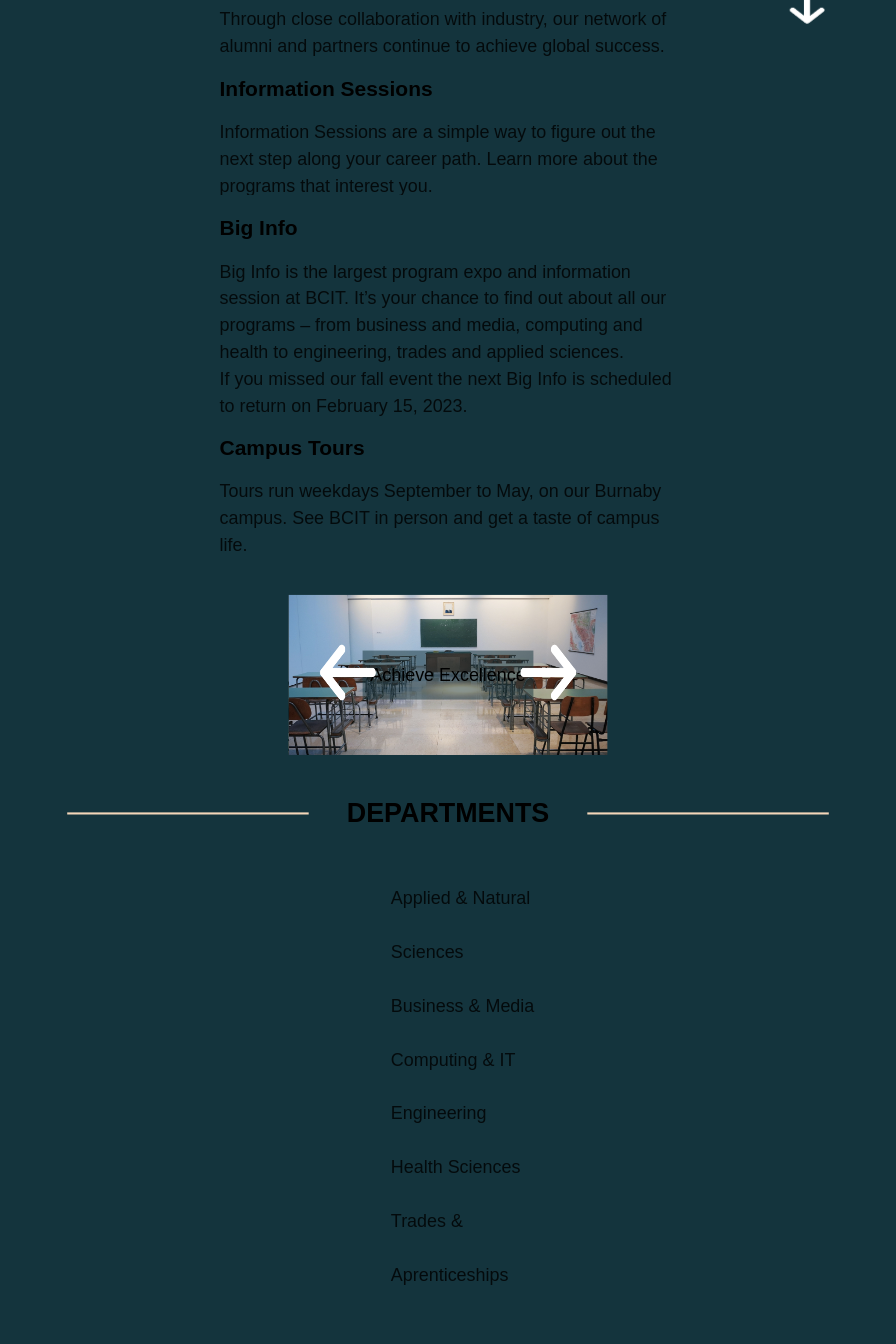
Repository: Kinakopan/playwright_bcit
Page: /about
The author's editor kept a copy of each file at every save. The page is drawn from the files as they stood at one save, then again after the next save.
The browser window is 1280 px wide. The pictures show the part of the page from y = 631 to 2551 px (the page is 2586 px tall), at 70% of full size.
Some web fonts or font styles are not loaded; a fallback is used. The project was rebuilt for these pictures with package versions that can differ from the ones it lists, and the page was loaded fresh each time. The framework's server and built-in components were replaced by stand-ins that run in the browser. Also part of the build but not shown: next.config.js.

Above is the page before, as saved 2023-01-28 14:12:16.

### pages/_app.js
// import '@/styles/globals.css'
import '../styles/globals.css'
import '../styles/variables.css'
import Head from 'next/head'

export default function App({ Component, pageProps }) {
  return (
    <>
      <Head>
        <title>Example #1</title>
        <meta name="description" content="Generated by create next app" />
        <meta name="viewport" content="width=device-width, initial-scale=1" />
        <link href="https://fonts.googleapis.com/css2?family=Myriad+Pro:wght@100;400;700&display=swap" rel="stylesheet" />
        <link rel="icon" href="/favicon.ico" />
      </Head>
      <Component {...pageProps} />
    </>
  )
}

### pages/about.js
// import axios from 'axios'
import Link from "next/link";
import styles from "@/styles/Home.module.css";
import Arrow from "/components/arrow";
import Navbar from "/components/navbar";
import MyCarousel from "/components/carousel";
import { Inter } from "@next/font/google";
import { useState, useEffect } from "react";

const inter = Inter({ subsets: ["latin"] });

export default function About() {
  return (
    <>
      <div className={styles.body_about}>
        <div className={styles.wrapper}>
          <Navbar />

          {/* Main contents under nav bar */}
          <main className={styles.main}>
            {/* About Us */}
            <h1 className={styles.text_heading1}>About Us</h1>

            <div className={styles.cont_section1}>
              <p className={styles.text_body}>
                We are proud to deliver an education that goes beyond textbooks
                and classrooms.
              </p>

              <p className={styles.text_body}>
                Our students gain the technical skills, real-world experience,
                and problem-solving ability needed to embrace complexity and
                lead innovation in a rapidly changing workforce.
              </p>

              <p className={styles.text_body}>
                Through close collaboration with industry, our network of alumni
                and partners continue to achieve global success.
              </p>

              <h3 className={styles.text_heading2}>Information Sessions</h3>

              <p className={styles.text_body}>
                Information Sessions are a simple way to figure out the next
                step along your career path. Learn more about the programs that
                interest you.
              </p>

              <h3 className={styles.text_heading2}>Big Info</h3>

              <p className={styles.text_body}>
                Big Info is the largest program expo and information session at
                BCIT. It’s your chance to find out about all our programs – from
                business and media, computing and health to engineering, trades
                and applied sciences.
                <br />
                If you missed our fall event the next Big Info is scheduled to
                return on February 15, 2023.
              </p>

              <h3 className={styles.text_heading2}>Campus Tours</h3>

              <p className={styles.text_body}>
                Tours run weekdays September to May, on our Burnaby campus. See
                BCIT in person and get a taste of campus life.
              </p>

              <MyCarousel></MyCarousel>

              {/* CSS Carousel */}
              {/* <section className={styles.carousel} aria-label="Gallery">
                <ol className={styles.carousel__viewport}>
                  <li
                    id="carousel__slide1"
                    tabindex="0"
                    className={styles.carousel__slide}
                  >
                    <div className={styles.carousel__snapper}>
                      <a href="#carousel__slide4" className={styles.carousel__prev}>
                        Go to last slide
                      </a>
                      <a href="#carousel__slide2" className={styles.carousel__next}>
                        Go to next slide
                      </a>
                    </div>
                  </li>
                  <li
                    id="carousel__slide2"
                    tabindex="0"
                    className={styles.carousel__slide}
                  >
                    <div className={styles.carousel__snapper}></div>
                    <a href="#carousel__slide1" className={styles.carousel__prev}>
                      Go to previous slide
                    </a>
                    <a href="#carousel__slide3" className={styles.carousel__next}>
                      Go to next slide
                    </a>
                  </li>
                  <li
                    id="carousel__slide3"
                    tabindex="0"
                    className={styles.carousel__slide}
                  >
                    <div className={styles.carousel__snapper}></div>
                    <a href="#carousel__slide2" className={styles.carousel__prev}>
                      Go to previous slide
                    </a>
                    <a href="#carousel__slide4" className={styles.carousel__next}>
                      Go to next slide
                    </a>
                  </li>
                  <li
                    id="carousel__slide4"
                    tabindex="0"
                    className={styles.carousel__slide}
                  >
                    <div className={styles.carousel__snapper}></div>
                    <a href="#carousel__slide3" className={styles.carousel__prev}>
                      Go to previous slide
                    </a>
                    <a href="#carousel__slide1" className={styles.carousel__next}>
                      Go to first slide
                    </a>
                  </li>
                </ol>
                <aside className={styles.carousel__navigation}>
                  <ol className={styles.carousel__navigation_list}>
                    <li className={styles.carousel__navigation_item}>
                      <a
                        href="#carousel__slide1"
                        className={styles.carousel__navigation_button}
                      >
                        Go to slide 1
                      </a>
                    </li>
                    <li className={styles.carousel__navigation_item}>
                      <a
                        href="#carousel__slide2"
                        className={styles.carousel__navigation_button}
                      >
                        Go to slide 2
                      </a>
                    </li>
                    <li className={styles.carousel__navigation_item}>
                      <a
                        href="#carousel__slide3"
                        className={styles.carousel__navigation_button}
                      >
                        Go to slide 3
                      </a>
                    </li>
                    <li className={styles.carousel__navigation_item}>
                      <a
                        href="#carousel__slide4"
                        className={styles.carousel__navigation_button}
                      >
                        Go to slide 4
                      </a>
                    </li>
                  </ol>
                </aside>
              </section> */}

              <div></div>
            </div>

            {/* DEPARTMENTS */}
            <h2 className={styles.text_heading1}>DEPARTMENTS</h2>

            <div className={styles.cont_section2}>
              <ul className={styles.box_list}>
                <li>Applied & Natural Sciences</li>
                <li>Business & Media</li>
                <li>Computing & IT</li>
                <li>Engineering</li>
                <li>Health Sciences</li>
                <li>Trades & Aprenticeships</li>
              </ul>
            </div>
          </main>

          <Arrow />
        </div>
      </div>
    </>
  );
}

### styles/variables.css
:root {
  --primary-color: |#fff;
  --secondary-color: #F4D6B9;
  --ternary-color: #7796A4;
  --quaternary-color: #14343D;
  --quinary-color: rgba(16,46,53,0.5);
}

### styles/Home.module.css
@import '/styles/variables.css';

.main {
  display: flex;
  flex-direction: column;
  justify-content: space-between;
  align-items: center;
  padding: 6rem;
  min-height: 100vh;
}

.description {
  display: inherit;
  justify-content: inherit;
  align-items: inherit;
  font-size: 0.85rem;
  max-width: var(--max-width);
  width: 100%;
  z-index: 2;
  font-family: var(--font-mono);
}

.description a {
  display: flex;
  justify-content: center;
  align-items: center;
  gap: 0.5rem;
}

.description p {
  position: relative;
  margin: 0;
  padding: 1rem;
  background-color: rgba(var(--callout-rgb), 0.5);
  border: 1px solid rgba(var(--callout-border-rgb), 0.3);
  border-radius: var(--border-radius);
}

.code {
  font-weight: 700;
  font-family: var(--font-mono);
}

.grid {
  display: grid;
  grid-template-columns: repeat(4, minmax(25%, auto));
  width: var(--max-width);
  max-width: 100%;
}

.card {
  padding: 1rem 1.2rem;
  border-radius: var(--border-radius);
  background: rgba(var(--card-rgb), 0);
  border: 1px solid rgba(var(--card-border-rgb), 0);
  transition: background 200ms, border 200ms;
}

.card span {
  display: inline-block;
  transition: transform 200ms;
}

.card h2 {
  font-weight: 600;
  margin-bottom: 0.7rem;
}

.card p {
  margin: 0;
  opacity: 0.6;
  font-size: 0.9rem;
  line-height: 1.5;
  max-width: 30ch;
}

.center {
  display: flex;
  justify-content: center;
  align-items: center;
  position: relative;
  padding: 4rem 0;
}

.center::before {
  background: var(--secondary-glow);
  border-radius: 50%;
  width: 480px;
  height: 360px;
  margin-left: -400px;
}

.center::after {
  background: var(--primary-glow);
  width: 240px;
  height: 180px;
  z-index: -1;
}

.center::before,
.center::after {
  content: '';
  left: 50%;
  position: absolute;
  filter: blur(45px);
  transform: translateZ(0);
}

.logo,
.thirteen {
  position: relative;
}

.thirteen {
  display: flex;
  justify-content: center;
  align-items: center;
  width: 75px;
  height: 75px;
  padding: 25px 10px;
  margin-left: 16px;
  transform: translateZ(0);
  border-radius: var(--border-radius);
  overflow: hidden;
  box-shadow: 0px 2px 8px -1px #0000001a;
}

.thirteen::before,
.thirteen::after {
  content: '';
  position: absolute;
  z-index: -1;
}

/* Conic Gradient Animation */
.thirteen::before {
  animation: 6s rotate linear infinite;
  width: 200%;
  height: 200%;
  background: var(--tile-border);
}

/* Inner Square */
.thirteen::after {
  inset: 0;
  padding: 1px;
  border-radius: var(--border-radius);
  background: linear-gradient(
    to bottom right,
    rgba(var(--tile-start-rgb), 1),
    rgba(var(--tile-end-rgb), 1)
  );
  background-clip: content-box;
}

/* Enable hover only on non-touch devices */
@media (hover: hover) and (pointer: fine) {
  .card:hover {
    background: rgba(var(--card-rgb), 0.1);
    border: 1px solid rgba(var(--card-border-rgb), 0.15);
  }

  .card:hover span {
    transform: translateX(4px);
  }
}

@media (prefers-reduced-motion) {
  .thirteen::before {
    animation: none;
  }

  .card:hover span {
    transform: none;
  }
}

/* Mobile */
@media (max-width: 700px) {
  .content {
    padding: 4rem;
  }

  .grid {
    grid-template-columns: 1fr;
    margin-bottom: 120px;
    max-width: 320px;
    text-align: center;
  }

  .card {
    padding: 1rem 2.5rem;
  }

  .card h2 {
    margin-bottom: 0.5rem;
  }

  .center {
    padding: 8rem 0 6rem;
  }

  .center::before {
    transform: none;
    height: 300px;
  }

  .description {
    font-size: 0.8rem;
  }

  .description a {
    padding: 1rem;
  }

  .description p,
  .description div {
    display: flex;
    justify-content: center;
    position: fixed;
    width: 100%;
  }

  .description p {
    align-items: center;
    inset: 0 0 auto;
    padding: 2rem 1rem 1.4rem;
    border-radius: 0;
    border: none;
    border-bottom: 1px solid rgba(var(--callout-border-rgb), 0.25);
    background: linear-gradient(
      to bottom,
      rgba(var(--background-start-rgb), 1),
      rgba(var(--callout-rgb), 0.5)
    );
    background-clip: padding-box;
    backdrop-filter: blur(24px);
  }

  .description div {
    align-items: flex-end;
    pointer-events: none;
    inset: auto 0 0;
    padding: 2rem;
    height: 200px;
    background: linear-gradient(
      to bottom,
      transparent 0%,
      rgb(var(--background-end-rgb)) 40%
    );
    z-index: 1;
  }
}

/* Tablet and Smaller Desktop */
@media (min-width: 701px) and (max-width: 1120px) {
  .grid {
    grid-template-columns: repeat(2, 50%);
  }
}

@media (prefers-color-scheme: dark) {
  .vercelLogo {
    filter: invert(1);
  }

  .logo,
  .thirteen img {
    filter: invert(1) drop-shadow(0 0 0.3rem #ffffff70);
  }
}

@keyframes rotate {
  from {
    transform: rotate(360deg);
  }
  to {
    transform: rotate(0deg);
  }
}



/*****************************
******************************
            AUTHOR
******************************
*****************************/

/*============================
    From here - Common Style
============================*/
/* From here - components/navbar.js */
.nav {
  display: flex;
  flex-direction: row;
  justify-content: space-between;
  width: 100%;
  padding: 3% 8% 0 8%;
}

.burgar,
.hat {
  width: fit-content;
}

/* From here - components/arrow.js */
.arrowBox {
  flex: 1;
  display: flex;
  flex-direction: column;
  justify-content: space-between;
  align-items: flex-end;
  position: fixed;
  width: fit-content;
  height: 12%;
  right: 8%;
  bottom: 10%;
}

.arrowBox * {
  background: transparent;
  border: none;
}

/* From here - general */
.body_home,
.body_about,
.body_contact,
.wrapper {
  display: flex;
  flex-direction: column;
  width: 100vw;
}

.body_home,
.body_about,
.body_contact {
  /* font-size: 62.5%; */
  background-size: cover;
  background-position: center;
  background-repeat: no-repeat;
  line-height: 1.5;
  font-family: 'Myriad Pro', sans-serif;
  font-weight: 100;
  text-align: left;
}

.wrapper {
  font-size: 1.6rem;
  background-size: cover;
}

.main {
  display: flex;
  width: 100%;
}

/* .text_heading_h1 {

}

.text_heading_h2 {

} */
/*============================
    From here - Home Page
============================*/
.body_home {
  height: 100vh;
  overflow: hidden;
}

.body_home .main {
  flex-direction: row;
  justify-content: flex-start;
  align-items: flex-end;
  padding: 0 0 12% 21%;
}

.body_home .cont_main {
  display: flex;
  flex-direction: column;
  width: 48%;
}

.body_home .cont_main * {
  color: var(--primary-color);
}

.body_home .text_heading1 {
  font-family: 'Myriad Pro', sans-serif;
  /* font-size: 3.6rem; */
  font-size: 220%;
  line-height: 1.3;
  padding-bottom: 3%;
  margin-bottom: 3%;
  border-bottom: 4px solid;
  border-image: linear-gradient(to right, rgba(244,214,185,1) 0%, rgba(244,214,185,1) 69%, rgba(244,214,185,0) 69%, rgba(244,214,185,0) 100%) 1;
}

.body_home .text_body,
.body_home .box_btn * {
  opacity: .9;
}

.body_home .box_btn {
  display: flex;
  flex-direction: row;
}

.body_home .box_btn * {
  font-size: 1.4rem;
  background: transparent;
  padding: .3% 3%;
  border: 3px solid;
  border-color: var(--primary-color);
  border-radius: 10px;
  margin: 3% 2.5% 0 0;
}

.body_home .btn_about:hover {
  color: transparent;
  background: white;
}

/*============================
    From here - About Page
============================*/
.body_about {
  background: var(--quaternary-color);
}

.body_about .text_heading1 {
  display: flex;
  align-items: center;
  width: 100%;
  padding: 5% 0;
}

.body_about .text_heading1:before,
.body_about .text_heading1:after {
  content: "";
  height: 3px;
  flex-grow: 1;
  background: var(--secondary-color);
}

.body_about .text_heading1:before {
  margin-right: 5%;
}

.body_about .text_heading1:after {
  margin-left: 5%;
}

.body_about .cont_section1,
.body_about .cont_section2 {
  display: flex;
  flex-direction: column;
  justify-content: flex-start;
  width: 60%;
}
.body_about .cont_section2 {
  width: 25%;
  padding-left: 5%;
}

.body_about .text_heading2,
.body_about .text_body {
  margin-bottom: 3%;
}

.body_about .text_heading2 {
  justify-content: flex-start;
}

.body_about .text_body,
.body_about .box_list *  {
  opacity: .8;
}

.body_about .box_list * {
  list-style: none;
  line-height: 3;
}

/* Carousel */
.carousel_cont {
  display: flex;
  align-self: center;
  width: 70%;
  margin-top: 5%;
  padding-top: 35%;
  overflow: hidden;
  position: relative;
}

.carousel_wrapper {
  display: flex;
  justify-content: center;
  width: 100%;
  height: 100%;
  position: absolute;
  top: 0;
  left: 0;
}

.carousel_slide {
  width: 100%;
  height: 100%;
  background-size: cover;
  background-position: top center;
}

.carousel_position {
  position: absolute;
  top: 50%;
  transform: translateY(-50%);
}

.carousel_text {
  display: flex;
  justify-content: center;
  align-items: center;
}

.carousel_text:before {
  content: "";
  background: var(--quaternary-color);
  position: absolute;
  z-index: -1;
  width: 100%;
  height: 100%;
  padding: 7% 5%;
  opacity: .5;
}

.carousel_slide:not(.carousel_active),
.carousel_text:not(.carousel_active) {
  display: none;
}

.carousel_prevBtn,
.carousel_nextBtn {
  font-size: 2rem;
  cursor: pointer;
  border: none;
  background: transparent;
}

.carousel_prevBtn {
  left: 10%;
}

.carousel_nextBtn {
  right: 10%;
}


/*============================
    From here - Contact Page
============================*/

### components/arrow.js
import Image from 'next/image';
import styles from '@/styles/Home.module.css';

export default function Arrow() {
  return (
    <div className={styles.arrowBox}>
      <button
        className={styles.arrowDown}
        onClick={() => setUpArrowClicked(true)}
      >
        <Image
          src='/icons/upwardArrow.png'
          alt="Upward arrow icon"
          width={50}
          height={50}
        />
      </button>

      <button
        className={styles.arrowDown}
        onClick={() => setDownArrowClicked(true)}
      >
        <Image
          src='/icons/downwardArrow.png'
          alt="Downward arrow icon"
          width={50}
          height={50}
        />
      </button>
    </div>
  )
}

### components/navbar.js
import Image from 'next/image';
import styles from '@/styles/Home.module.css';

export default function Navbar() {
  return (
    <nav className={styles.nav}>
      <Image
        className={styles.burgar}
        src='/icons/menu-icon.png'
        alt="menu icon"
        width={50}
        height={50}
      />
      <Image
        className={styles.hat}
        src='/icons/graduation-hat.png'
        alt="Graduation hat icon"
        width={50}
        height={50}
      />
    </nav>
  )
}

### components/carousel.js
import React, { useState } from 'react'
import styles from "@/styles/Home.module.css";
import Image from 'next/image'

const MyCarousel = () => {
  const [currentSlide, setCurrentSlide] = useState(0)
  const images = [
      '/carousel-images/0.jpg',
      '/carousel-images/1.jpg',
      '/carousel-images/2.jpg',
      '/carousel-images/3.jpg',
      '/carousel-images/4.jpg',
  ]
  const texts = [
      'Achieve Excellence',
      'Embrace Innovation',
      'Champion Diversity',
      'Pursue Collaboration',
      'Engage With Respect',
  ]

  return (
      <div className={styles.carousel_cont}>
        <div className={styles.carousel_wrapper}>
          {images.map((image, index) => (
            <div
              key={index}
              className={`${styles.carousel_slide} ${currentSlide === index ? styles.carousel_active : ''}`}
              style={{
                backgroundImage: `url(${image})`
              }}
            />
          ))}

          {texts.map((text, index) => (
            <p
              key={index}
              className={`${styles.carousel_text} ${styles.carousel_position} ${currentSlide === index ? styles.carousel_active : ''}`}
            >{text}</p>
          ))}

          <button
            className={`${styles.carousel_prevBtn} ${styles.carousel_position}`}
            onClick={() => setCurrentSlide((currentSlide - 1 + images.length) % images.length)}
            >
            <Image
              src="/icons/leftArrow.png"
              alt="Arrow icon to show the previous slide"
              width={80}
              height={80}
            />
          </button>
          <button
            className={`${styles.carousel_nextBtn} ${styles.carousel_position}`}
            onClick={() => setCurrentSlide((currentSlide + 1) % images.length)}
            >
            <Image
              src="/icons/rightArrow.png"
              alt="Arrow icon to show the next slide"
              width={80}
              height={80}
            />
          </button>
        </div>
      </div>
  )
}

export default MyCarousel

Loaded but not shown: pages/_document.js (common file); styles/globals.css (common file)

After the next save:
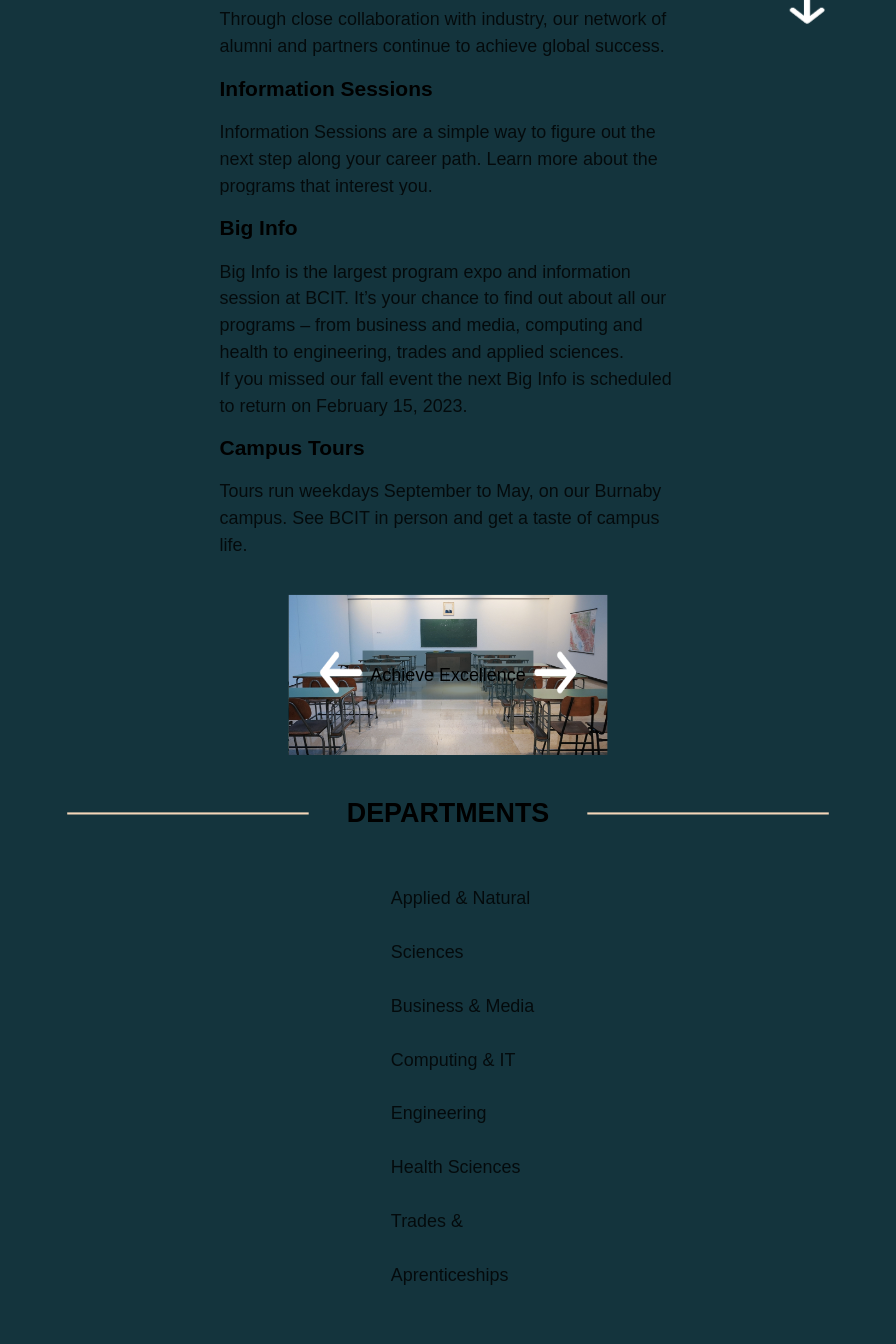
Saved 8 s later.
--- a/components/carousel.js
+++ b/components/carousel.js
@@ -46,8 +46,8 @@
             <Image
               src="/icons/leftArrow.png"
               alt="Arrow icon to show the previous slide"
-              width={80}
-              height={80}
+              width={60}
+              height={60}
             />
           </button>
           <button
@@ -57,8 +57,8 @@
             <Image
               src="/icons/rightArrow.png"
               alt="Arrow icon to show the next slide"
-              width={80}
-              height={80}
+              width={60}
+              height={60}
             />
           </button>
         </div>
